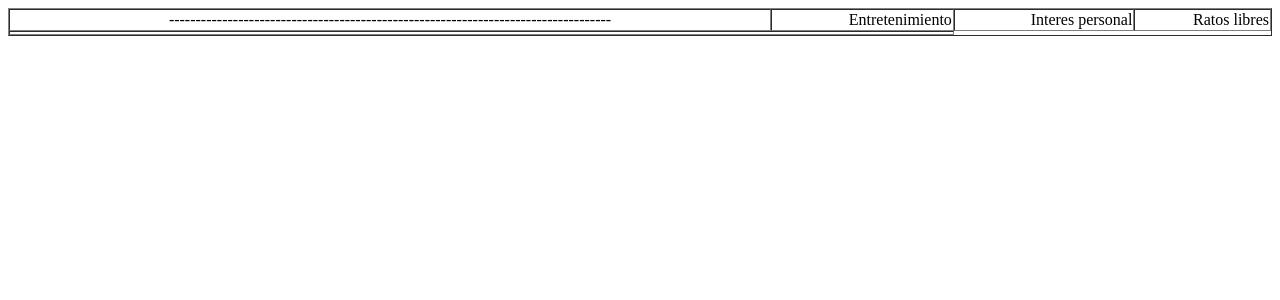
Repository: darlyn-saravia27/portafolio-darlynsaravia
Page: archivoshtml/tareas de html/index.html
The author's editor kept a copy of each file at every save. The page is drawn from the files as they stood at one save, then again after the next save.
The browser window is 1280 px wide. The pictures show the whole page.

Above is the page before, as saved 2023-03-04 00:37:19.

### archivoshtml/tareas de html/index.html
<!DOCTYPE html>
<html lang="en">
<head>
    <meta charset="UTF-8">
    <meta http-equiv="X-UA-Compatible" content="IE=edge">
    <meta name="viewport" content="width=device-width, initial-scale=1.0">
    <title>Mi Portafolio Web</title>
</head>
<body>
    <table align="center" border="1" cellspacing="0" width="100%">
    <tr align="center">
        <td>-----------------------------------------------------------------------------------</td>
        <td align="right">Entretenimiento</td>
        <td align="right">Interes personal</td>
        <td align="right">Ratos libres</td>
    </tr>
    <tr>
        <td colspan="2"></td>
    </tr>
</body>
</html>

After the next save:
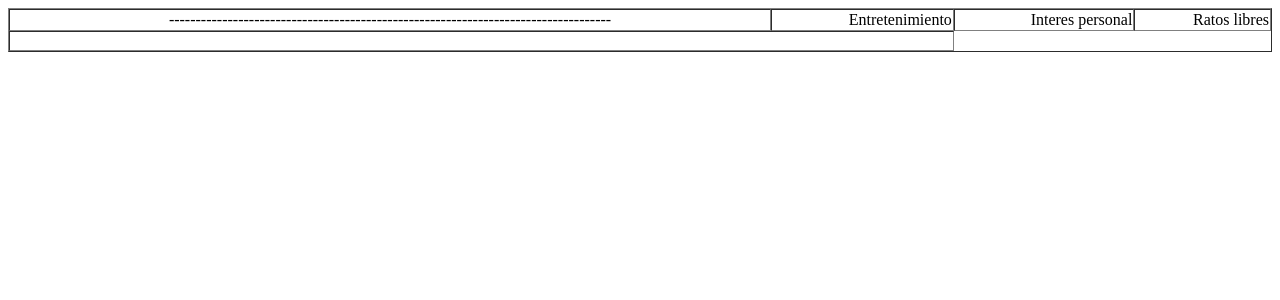
Saved 41 s later.
--- a/archivoshtml/tareas de html/index.html
+++ b/archivoshtml/tareas de html/index.html
@@ -15,7 +15,8 @@
         <td align="right">Ratos libres</td>
     </tr>
     <tr>
-        <td colspan="2"></td>
+        <td colspan="2">
+            <p> </p> </td>
     </tr>
 </body>
 </html>
